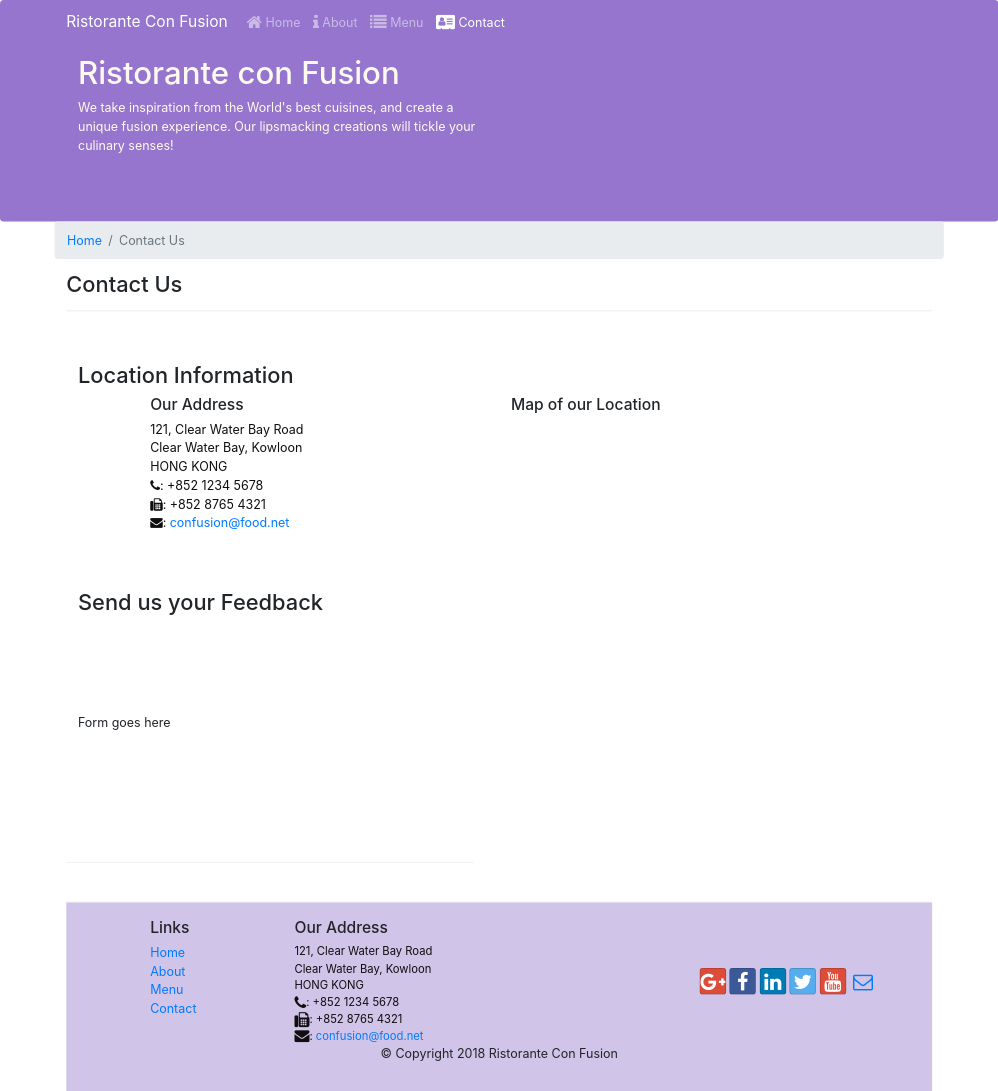
Repository: HwZau/conFusion
Page: contactus.html
These files come from the project's save history. The page is drawn as it stood at one moment and after a run of saves; the edit follows.
The browser window is 1280 px wide. The pictures show the whole page, at 78% of full size.

Above is the page before, as saved 2022-05-19 09:31:22.

After the next 3 saves:
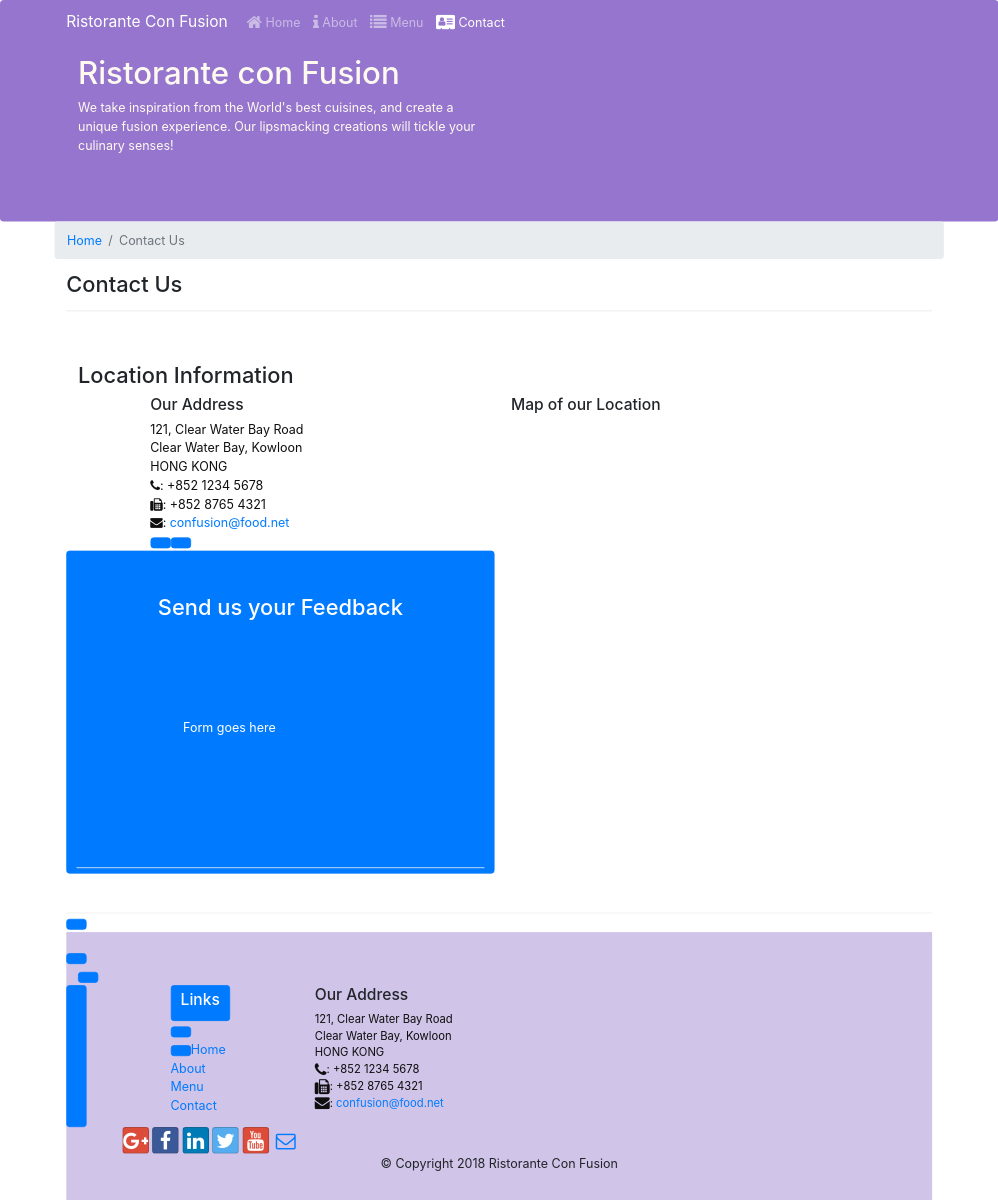
The 3 saves are shown as one change because they came seconds apart.
The last was saved 15 s later.
--- a/contactus.html
+++ b/contactus.html
@@ -114,7 +114,7 @@
         </div>
         <div class="col-12 col-sm-11 offset-sm-1">
             <div class="btn-group" role="group">
-                <a role="button" class
+                <a role="button" class="btn btn-primary" href="tel"
             </div>
         </div>
       </div>
